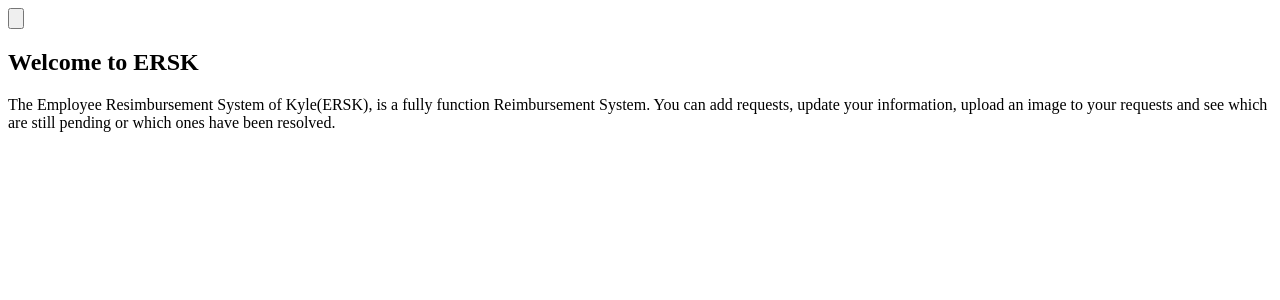
Repository: 1807-mehrab/project-1-KyleAButterfield
Page: ERSK/ERSK/src/main/webapp/EmployeeHomePage.html
The author's editor kept a copy of each file at every save. The page is drawn from the files as they stood at one save, then again after the next save.
The browser window is 1280 px wide. The pictures show the whole page.

Above is the page before, as saved 2018-07-28 02:20:11.

After the next save:
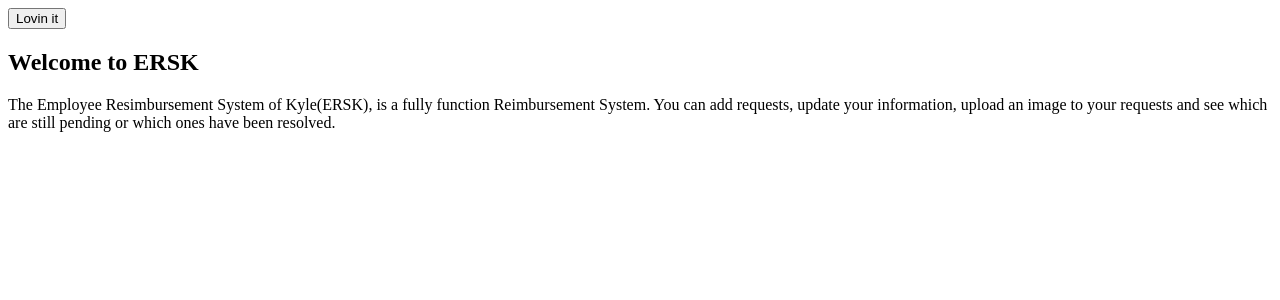
Saved 55 s later.
--- a/ERSK/ERSK/src/main/webapp/EmployeeHomePage.html
+++ b/ERSK/ERSK/src/main/webapp/EmployeeHomePage.html
@@ -5,7 +5,7 @@
 <title>ERSK-Home Page</title>
 	<div id="dashboard'>
 	 <input type="button" onClick ="getInfo()" value="Get Info">
-	 <input type="button" onClick="loadRequests()" value="">
+	 <input type="button" onClick="loadRequests()" value="Lovin it">
 	</div>
 </head>
 <body>
